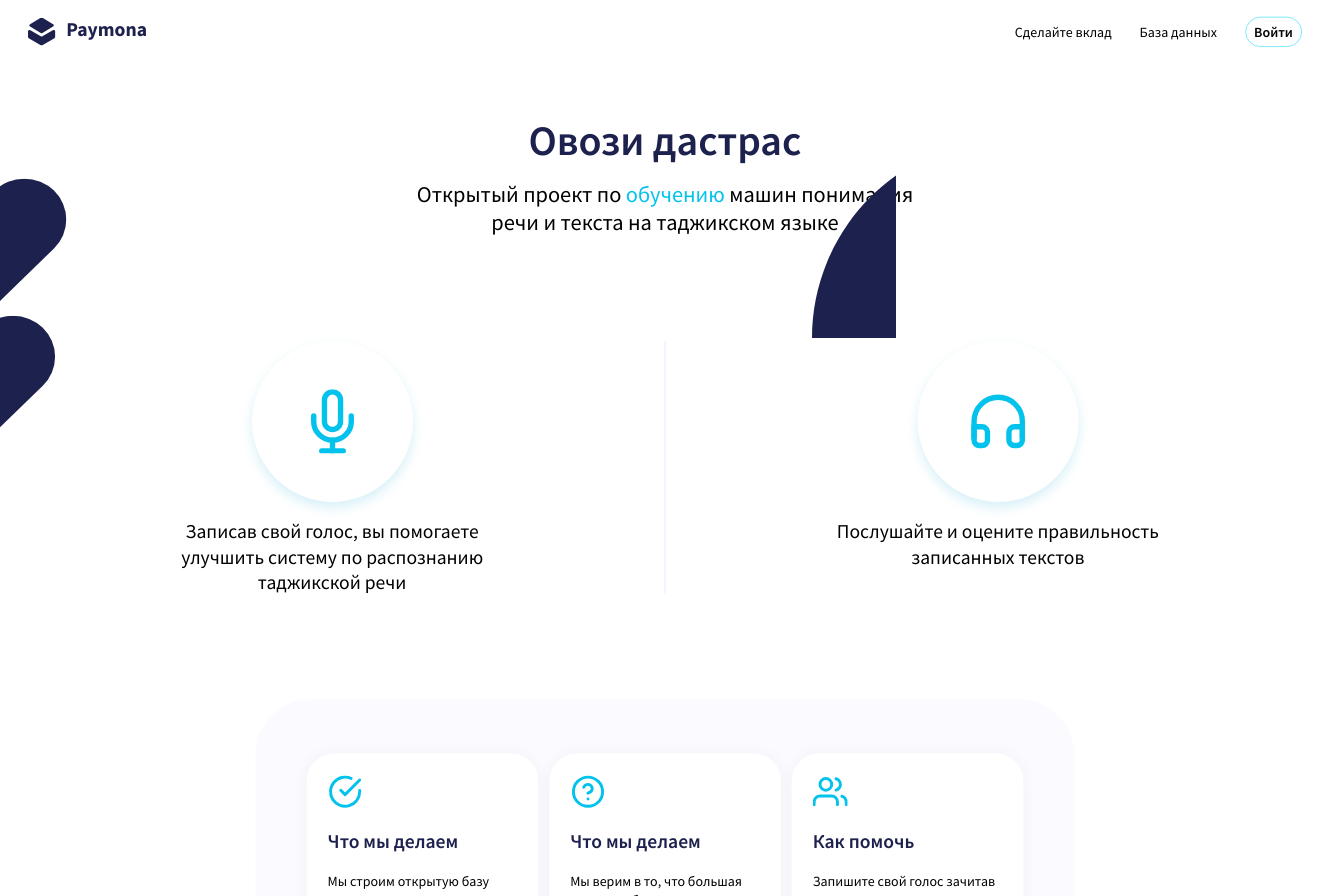
Repository: Amin444/Paymona-Sadp
Page: index.html
These files come from the project's save history. The page is drawn as it stood at one moment and after the next save; the edit follows.
The browser window is 1280 px wide. The page is 1900 px wide, then 1280 px, so the pictures cover 1900 px, including what lies to the right of the window. The pictures show the part of the page from y = 0 to 1280 px (the page is 5694 px tall), at 70% of full size.

Above is the page before, as saved 2021-11-12 15:37:32.

### index.html
<!DOCTYPE html>
<html lang="en">
<head>
  <meta charset="UTF-8">
  <link rel="stylesheet" href="./style.css">
  <meta http-equiv="X-UA-Compatible" content="IE=edge">
  <meta name="viewport" content="width=device-width, initial-scale=1.0">
  <title>Paymona Sado</title>
</head>
<body>

  <div class="root">

    <div class="container">


        <div class="header">
          <div class="logoBlock">
            <img src="./img/logo.svg" class="logo" alt="">
            <p class='textLogo'>Paymona</p>
          </div>

          <div class="menu">
             <div class="items">Сделайте вклад</div>
             <div class="items">База данных</div>
             <div class="items border">Войти</div>
          </div>

        </div>

         <div class="elips">
           <svg width="120" height="285" viewBox="0 0 120 285" fill="none" xmlns="http://www.w3.org/2000/svg">
             <path d="M285 -1.24577e-05C247.573 -1.08218e-05 210.513 7.37176 175.935 21.6943C141.357 36.0169 109.939 57.0099 83.4745 83.4746C57.0098 109.939 36.0169 141.357 21.6943 175.935C7.37172 210.513 -1.57297e-05 247.573 -1.24577e-05 285L285 285L285 -1.24577e-05Z" fill="#1D214E"/>
           </svg>
         </div>

         <div class="rectangle2">
           <svg width="79" height="365" viewBox="0 0 79 365" fill="none" xmlns="http://www.w3.org/2000/svg">
             <rect width="118.426" height="472.716" rx="59.2128" transform="matrix(0.716507 0.69758 -0.716507 0.69758 18.7041 -24)" fill="#1D214E"/>
           </svg>

         </div>

         <div class="rectangle">
            <svg width="95" height="365" viewBox="0 0 95 365" fill="none" xmlns="http://www.w3.org/2000/svg">
             <rect width="118.426" height="472.716" rx="59.2128" transform="matrix(0.716507 0.69758 -0.716507 0.69758 34.7041 -24)" fill="#1D214E"/>
            </svg>
         </div>

        <div class="title">
           <h1>Овози дастрас</h1>
           <p class="desc">Открытый проект по <blue>обучению</blue> машин понимания <br> речи и текста на таджикском языке</p>
        </div>

        <div class="Listen-and-record">
           <div class="record-block">
              <div class="circles">
                <div class="imgBlock">
                  <img src="./img/Group.svg" class="asd" >
                </div>
              </div>
              <span class="text">Записав свой голос, вы помогаете улучшить систему по распознанию таджикской речи</span>
           </div>

           <hr>

           <div class="record-block">
              <div class="circles">
                <div class='imgBlock'>
                  <img src="./img/Group2.svg" class="asd" >
                </div>
              </div>
              <span class="text"> Послушайте и оцените правильность записанных текстов</span>
           </div>
        </div>

        <div class="how-we-do">
          <div class="bag">
            <div class="visible">
              <img src="./img/check-circle.svg">
              <p class="card-title">Что мы делаем</p>
              <p class="card-text">Мы строим открытую базу данных
                 голосов на таджикском языке,
                 чтобы все желающие могли использовать
                 ее для разработки голосвых приложений</p>
            </div>
            <div class="visible">
              <img src="./img/Group3.svg">
              <p class="card-title">Что мы делаем</p>
              <p class="card-text">Мы верим в то, что большая открытая база
                 голосов поможет развитию и инновациям в Таджикистане
                 в сфере разработки приложений с использованием разпознавания речи</p>
            </div>
            <div class="visible">
              <img src="./img/Group4.svg">
              <p class="card-title">Как помочь</p>
              <p class="card-text">Запишите свой голос зачитав одно
                предложения и помогите машинам понимать человеческую речь.
                 Проверяйте работу других, чтобы улучшить качество</p>
            </div>
          </div>
        </div>

        <div class="ewq">
          <img src="./img/Rectangle.svg" class='qwe'>
          <img src="./img/Rectangle2.svg" class='qwe2'>
          <div class="work-block">
            <h1>Как это работает?</h1>
            <p class="just-text">Мы хотим построить открытую базу общими усилиями.
               Сделайте свой вклад записав свой голос или проверив записи других.
              Это сделает базу лучше для всех</p>
          </div>
          <div class="example">
             <div class="example-block">
               <img class="size" src="./img/Group5.svg" >
                 <p class="card-title">Записывайте</p>
                 <span class="card-text2">Пользователи записывают свои голоса прочитав текс, который мы им показываем</span>
                </div>
                <img src="./img/Group8.svg" class="arrow" >
             <div class="example-block">
               <img class="size" src="./img/Group9.svg" >
                 <p class="card-title">Очередь на проверку</p>
                 <span class="card-text2">Запись попадает на очередь и будет ждать проверки</span>
                </div>
                <img src="./img/Group8.svg" class="arrow2" >
             <div class="example-block">
               <img class="size" src="./img/Group10.svg" >
                 <p class="card-title">Проверка</p>
                 <span class="card-text2">Пользователи слушают записи, сверяют с тексом</span>
                </div>
                <img src="./img/Group8.svg" class="arrow3" >
             <div class="example-block">
               <img class="size" src="./img/Group11.svg" >
                 <p class="card-title">Достоверность</p>
                 <span class="card-text2">Запись становится достоверной если пользователи проголосовали за нее “Правильно”</span>
                </div>
                <img src="./img/Group8.svg" class="arrow4" >
                <img src="./img/Group8.svg" class="arrow5" >
          </div>
          <div class="tworouds">
            <div class="example-block2">
              <img class="size" src="./img/Group12.svg" >
                <p class="card-title">“Правильно”</p>
                <span class="card-text2">Чтобы попасть в базу данных запись должна получить 2 голоса “Правильно” от двух разных пользователей  </span>
               </div>
               <img src="./img/Group8.svg" class="arrow6" >
               <img src="./img/Group8.svg" class="arrow7" >
            <div class="example-block2">
              <img class="size rotate" src="./img/Group12.svg" >
                <p class="card-title">“Не правильно”</p>
                <span class="card-text2">Если пользователь проголосует за запись “Не правильно”, то она попадет обратно в очередь. После повторного отрицания, запись попадает на кладбище записей</span>
               </div>
          </div>
          <div class="tworouds">
            <div class="example-block2">
              <img class="size" src="./img/Group11.svg" >
                <p class="card-title">Достоверность</p>
                <span class="card-text2">Запись становится достоверной если пользователи проголосовали за нее “Правильно”</span>
               </div>
            <div class="example-block2">
              <img class="size" src="./img/Group11.svg" >
                <p class="card-title">Достоверность</p>
                <span class="card-text2">Запись становится достоверной если пользователи проголосовали за нее “Правильно”</span>
               </div>
          </div>

          <div class="help-block">
            <h1>Помогите нам сделать <br>
              данные качественными</h1>
              <p class="just-text"> Создайте себе аккаунт, следите за своим прогрессом и получайте медали.
                 Все ваши данные анонимны. Мы делимся только агрегированной статистикой по всему проекту</p>
          </div>
          <div>

            <div class="how-we-do">
              <div class="bag">
                <div class="visible2">
                  <img src="./img/Group13.svg">
                  <p class="card-title">Демографические данные и акцент</p>

                </div>
                <div class="visible2">
                  <img src="./img/Group3.svg">
                  <p class="card-title">Следите за своим прогрессом и сравгивайье его с другими</p>

                </div>
                <div class="visible2">
                  <img src="./img/Group4.svg">
                  <p class="card-title">Оставьте свою почту и получайте новости о нашем проекте </p>

                </div>
              </div>
            </div>
          </div>
          </div>
        <div class="footer">
          efwwefwe
     </div>
      </div>

  </div>
</body>
</html>

### style.css
@import url('https://fonts.googleapis.com/css2?family=Source+Sans+Pro:ital,wght@0,200;0,300;0,400;0,600;0,700;0,900;1,200;1,300;1,400;1,600;1,700;1,900&display=swap');

*{
  margin: 0;
  padding: 0;
  border: none;
  outline: none;
  font-family: 'Source Sans Pro', sans-serif;
  font-weight: 500;

}

.root{
  width: 1900px;
  display: flex;
  align-items: center;
  flex-direction: column;
}
.container{
  width: 100%;
  display: flex;
  flex-direction: column;
}

.header{
  height: 90px;
  padding: 0 40px;
  display: flex;
  align-items: center;
  justify-content: space-between;
}

.textLogo{
  color: #1D214E;
  font-weight: 700;
  font-size: 28px;
  line-height: 35px;
}

.logo{
  width: 40px;
  height: 40px;
}
.logoBlock{
  width:170px;
  display: flex;
  justify-content: space-between;
}
.menu{
  display: flex;
  gap: 40px;
  align-items: center;
  font-weight: 400;
  font-size: 20px;
  line-height:25px;
}
.items{
  cursor: pointer;
}
.border{
  padding: 8px 12px;
  border: 1px solid rgba(73, 222, 255, 1);
  border-radius: 50px;
  font-weight: 600;
}
.title{
  margin-top: 72px;
  display: flex;
  flex-direction: column;
  align-items: center;
}

h1{
  color: rgba(29, 33, 78, 1);
  font-weight: 600;
  font-size: 60px;
  line-height:75px;
  margin-bottom: 20px;
}
.desc{
  font-weight: 400;
  font-size: 32px;
  text-align: center;
}
blue{
  color: rgba(3, 194, 236, 1);
}
.elips{
  position: absolute;
  right: 0;
  top: 198px;
}

.rectangle{
  position: absolute;
  top: 255px
}
.rectangle2{
  position: absolute;
  top: 451px
}

.Listen-and-record{
  margin-top: 150px;
  display: flex;
  justify-content: space-evenly;
}
.record-block{
  display: flex;
  align-items: center;
  flex-direction: column;
}

.circles{
  border-radius: 50%;
  box-shadow: 0px 8px 16px rgba(0, 160, 210, 0.16);
  background-color: #fff;
  width: 230px;
  height: 230px;
}
.imgBlock{
  width: 100%;
  height: 100%;
  display: flex;
  justify-content: center;
  align-items: center;
}
.asd{
  width: 40%;
  height: 40%;
}

.text{
  margin-top: 24px;
  display: block;
  text-align: center;
  width: 496px;
  font-weight: 400;
  font-size: 28px;
}
hr{
  border: 1px solid rgba(234, 243, 252, 1);
  height: 359px;
}

.how-we-do{
  margin-top: 150px;
  display: flex;
  justify-content: center;
}

.bag{
  position: absolute;
  width: 80vw;
  height: 294px;
  background:#FBFAFF;
  border-radius: 80px;
  display: flex;
  justify-content: space-between;
  padding: 77px 73px 0 73px;
}
.visible{
  width: 271px;
  height:467px;
  box-shadow: 0px 0px 24px rgba(0, 0, 0, 0.04);
  border-radius: 40px;
  background:#fff;
  padding: 30px
}
.visible2{
  width: 271px;
  box-shadow: 0px 0px 24px rgba(0, 0, 0, 0.04);
  border-radius: 40px;
  background:#fff;
  padding: 30px
}
.card-title{
  margin-top: 24px;
  font-weight: 600;
  font-size: 28px;
  color: rgba(29, 33, 78, 1)
}
.card-text{
  margin-top: 24px;
  font-weight: 400;
  font-size: 20px;
  line-height: 28px;
}
.card-text2{
  width: 322px;
  margin-top: 24px;
  font-weight: 400;
  font-size: 24px;
  line-height: 33.6px;
}
.ewq{
  width: 100%;
  display: flex;
  flex-direction: column;
  align-items: center;
}
.qwe{
  position: absolute;
  top: 1320px;
  right: 0;
  transform: rotate(180deg);
}
.qwe2{
  position: absolute;
  top: 1500px;
  right: 0;
  transform: rotate(180deg);
}
.work-block{
  margin-top: 750px;
  width: 50%;
  display: flex;
  align-items: center;
  flex-direction: column;
}

.just-text{
  width: 748px;
  font-weight: 400;
  font-size: 28px;
  text-align: center;
  line-height: 39.2px;
}
.example-block{
  padding: 30px;
  margin-top: 100px;
  background: #fff;
  display: flex;
  flex-direction: column;
  box-shadow: 0px 0px 24px rgba(0, 0, 0, 0.04);
  border-radius: 40px;
  width: 386px;
  height: 294px;
}
.example-block2{
  padding: 30px;
  margin-top: 100px;
  background: #fff;
  display: flex;
  flex-direction: column;
  box-shadow: 0px 0px 24px rgba(0, 0, 0, 0.04);
  border-radius: 40px;
  width: 386px;
  height: 294px;
}
.size{
  width: 30px;
  height: 30px;
}

.example{
  position: relative;
}

.arrow{
  position: absolute;
  top: 480px;
  right: 50%;
}
.arrow2{
  position: absolute;
  top: 930px;
  right: 50%;
}
.arrow3{
  position: absolute;
  top: 1400px;
  right: 50%;
}
.arrow4{
  position: absolute;
  top: 1830px;
  right: 80%;
  transform: rotate(30deg);
}
.arrow5{
  position: absolute;
  top: 1830px;
  right: 10%;
  transform: rotate(-30deg);
}
.tworouds{
  width: 100%;
  display: flex;
  justify-content: space-evenly;
  position: relative;
}

.rotate{
  transform: rotate(180deg);
}

.arrow6{
  position: absolute;
  left: 27%;
  top: 480px;
}
.arrow7{
  position: absolute;
  right: 27%;
  top: 480px;
}
.help-block{
  margin-top: 200px;
  text-align: center
}
.footer{
  margin-top: 60
  0px;
}

### img/logo.svg
<svg width="24" height="24" viewBox="0 0 24 24" fill="none" xmlns="http://www.w3.org/2000/svg">
<path d="M23.2727 11.9119V16.6433C23.2731 16.8543 23.2169 17.0618 23.1094 17.2464C23.0019 17.4309 22.8466 17.5864 22.6582 17.6981L12.3229 23.8128C12.1153 23.9351 11.8758 24 11.6314 24C11.387 24 11.1475 23.9351 10.9399 23.8128L0.616444 17.6943C0.427833 17.5828 0.272261 17.4273 0.164406 17.2428C0.0565516 17.0583 -2.98523e-05 16.8507 1.18183e-08 16.6396V11.9119C-3.13489e-05 11.6902 0.0623511 11.4726 0.180679 11.2816C0.299007 11.0906 0.468973 10.9331 0.672954 10.8255C0.876934 10.7179 1.1075 10.6641 1.34075 10.6696C1.574 10.6752 1.80144 10.7399 1.99949 10.8571L10.9399 16.1535C11.1475 16.2758 11.387 16.3407 11.6314 16.3407C11.8758 16.3407 12.1153 16.2758 12.3229 16.1535L21.2653 10.8571C21.4634 10.7373 21.6918 10.6704 21.9264 10.6636C22.1611 10.6567 22.3934 10.71 22.5989 10.818C22.8043 10.9259 22.9754 11.0845 23.0939 11.277C23.2125 11.4695 23.2743 11.6888 23.2727 11.9119Z" fill="#1D214E"/>
<path d="M10.9383 13.2688L1.76081 7.81102C1.57388 7.69908 1.41986 7.54397 1.31312 7.36018C1.20638 7.17639 1.15039 6.96991 1.15039 6.76C1.15039 6.5501 1.20638 6.34361 1.31312 6.15982C1.41986 5.97603 1.57388 5.82093 1.76081 5.70898L10.9344 0.193005C11.1431 0.0669478 11.3854 0 11.6328 0C11.8802 0 12.1224 0.0669478 12.3312 0.193005L21.5107 5.70898C21.6976 5.82093 21.8516 5.97603 21.9584 6.15982C22.0651 6.34361 22.1211 6.5501 22.1211 6.76C22.1211 6.96991 22.0651 7.17639 21.9584 7.36018C21.8516 7.54397 21.6976 7.69908 21.5107 7.81102L12.3253 13.2688C12.1173 13.3921 11.877 13.4575 11.6318 13.4575C11.3866 13.4575 11.1463 13.3921 10.9383 13.2688Z" fill="#1D214E"/>
</svg>

After the next save:
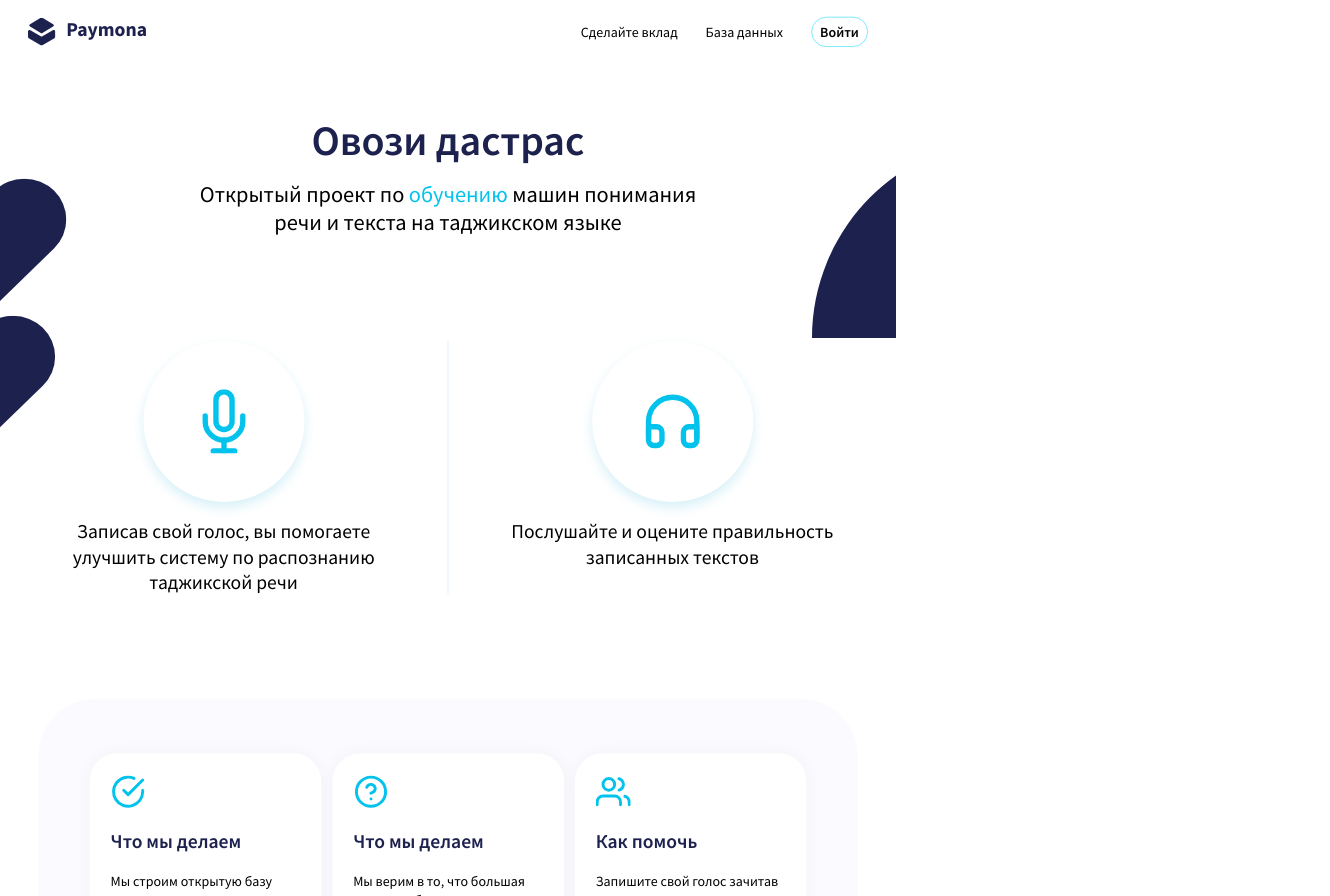
Saved 7 h 21 min later.
--- a/style.css
+++ b/style.css
@@ -11,7 +11,7 @@
 }
 
 .root{
-  width: 1900px;
+
   display: flex;
   align-items: center;
   flex-direction: column;
